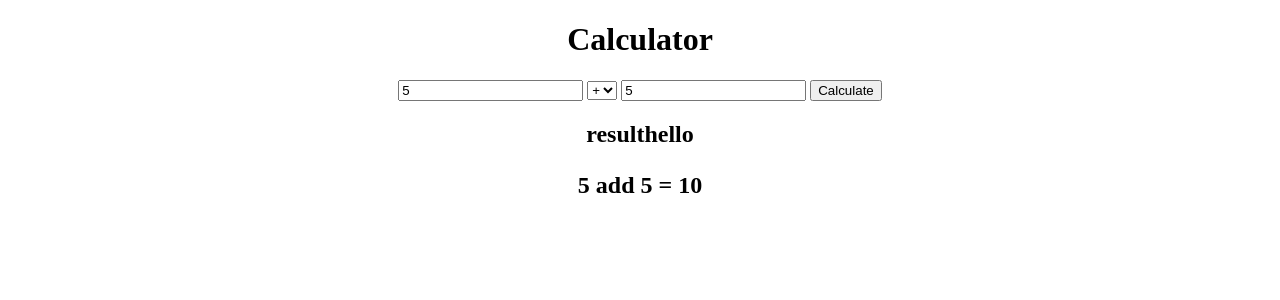
Repository: Shubham7-cell/Calculator_Devops
Page: index.html
An editor plug-in stored every save of this project. The page is shown before and after the next save, followed by the edit.
The browser window is 1280 px wide. The pictures show the whole page.
Empty fields were first filled with sample values (such as "Sample", 5 or name@example.com).
After loading, the first visible `#calculateBtn` was clicked once.

Above is the page before, as saved 2022-11-21 19:05:24.

### index.html
<!DOCTYPE html>
<html lang="en">

<head>
  <meta charset="UTF-8">
  <meta http-equiv="X-UA-Compatible" content="IE=edge">
  <meta name="viewport" content="width=device-width, initial-scale=1.0">
  <title>Study DevOps and implement CI/CD pipeline</title>
</head>

<body>
  <main class="main" style="text-align: center;">
    <h1>Calculator</h1>
    <input type="number" name="firstnumber" id="firstnumber" placeholder="Enter a number">
    <select id="operator">
      <option value="add">+</option>
      <option value="subtract">-</option>
      <option value="multiply">x</option>
      <option value="divide">÷</option>
    </select>
    <input type="number" name="firstnumber" id="secondnumber" placeholder="Enter a number">
    <button type="button" id="calculateBtn">Calculate</button>
    <h2 id="result">result</h2>
  </main>
</body>
<script src="./main.js"></script>

</html>

### main.js
// import files
// import add from "./calculator/add";
// import subtract from "./calculator/subtract";
// import multiply from "./calculator/multiply";
// import divide from "./calculator/divide";

function add(firstNum, secondNum) {
  return firstNum + secondNum;
}

window.onload = function () {
  document.getElementById("calculateBtn").addEventListener("click", calculate);
};

function calculate() {
  var firstNum = parseInt(document.getElementById("firstnumber").value);
  var secondNum = parseInt(document.getElementById("secondnumber").value);
  var operator = document.getElementById("operator").value;
  var resultElm = document.getElementById("result");
  resultElm.innerHTML += "hello";
  var result;

  try {
    switch (operator) {
      case "add":
        result = add(firstNum, secondNum);
        break;
      // case "subtract":
      //   result = subtract(firstNum, secondNum);
      //   break;
      // case "multiply":
      //   result = multiply(firstNum, secondNum);
      //   break;
      // case "divide":
      //   result = divide(firstNum, secondNum);
      //   break;
      // default:
      //   alert("Error!");
      //   break;
    }
    console.log(result);
    resultElm.innerHTML += `<p>${firstNum} ${operator} ${secondNum} = ${result}</p>`;
    resultElm.style.color = "black";
  } catch (error) {
    resultElm.textContent = "Error: " + error.message;
    resultElm.style.color = "red";
  }
}

After the next save:
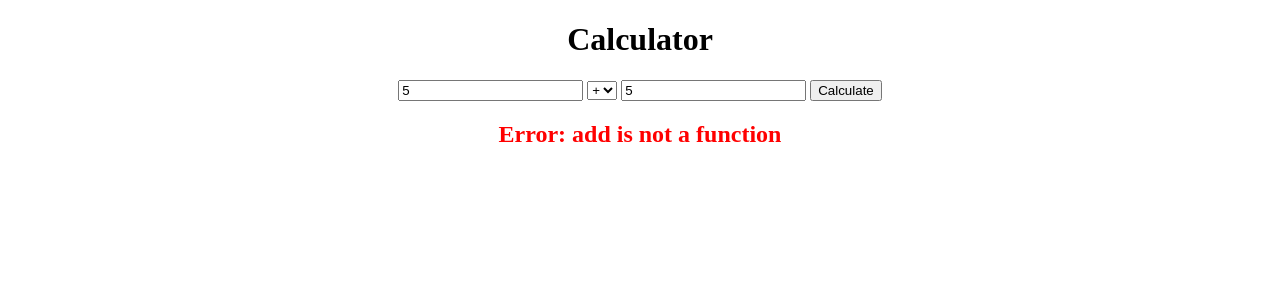
Saved 60 s later.
--- a/main.js
+++ b/main.js
@@ -4,9 +4,7 @@
 // import multiply from "./calculator/multiply";
 // import divide from "./calculator/divide";
 
-function add(firstNum, secondNum) {
-  return firstNum + secondNum;
-}
+const add = "./calculator/add.js";
 
 window.onload = function () {
   document.getElementById("calculateBtn").addEventListener("click", calculate);
@@ -17,7 +15,7 @@ function calculate() {
   var secondNum = parseInt(document.getElementById("secondnumber").value);
   var operator = document.getElementById("operator").value;
   var resultElm = document.getElementById("result");
-  resultElm.innerHTML += "hello";
+
   var result;
 
   try {
